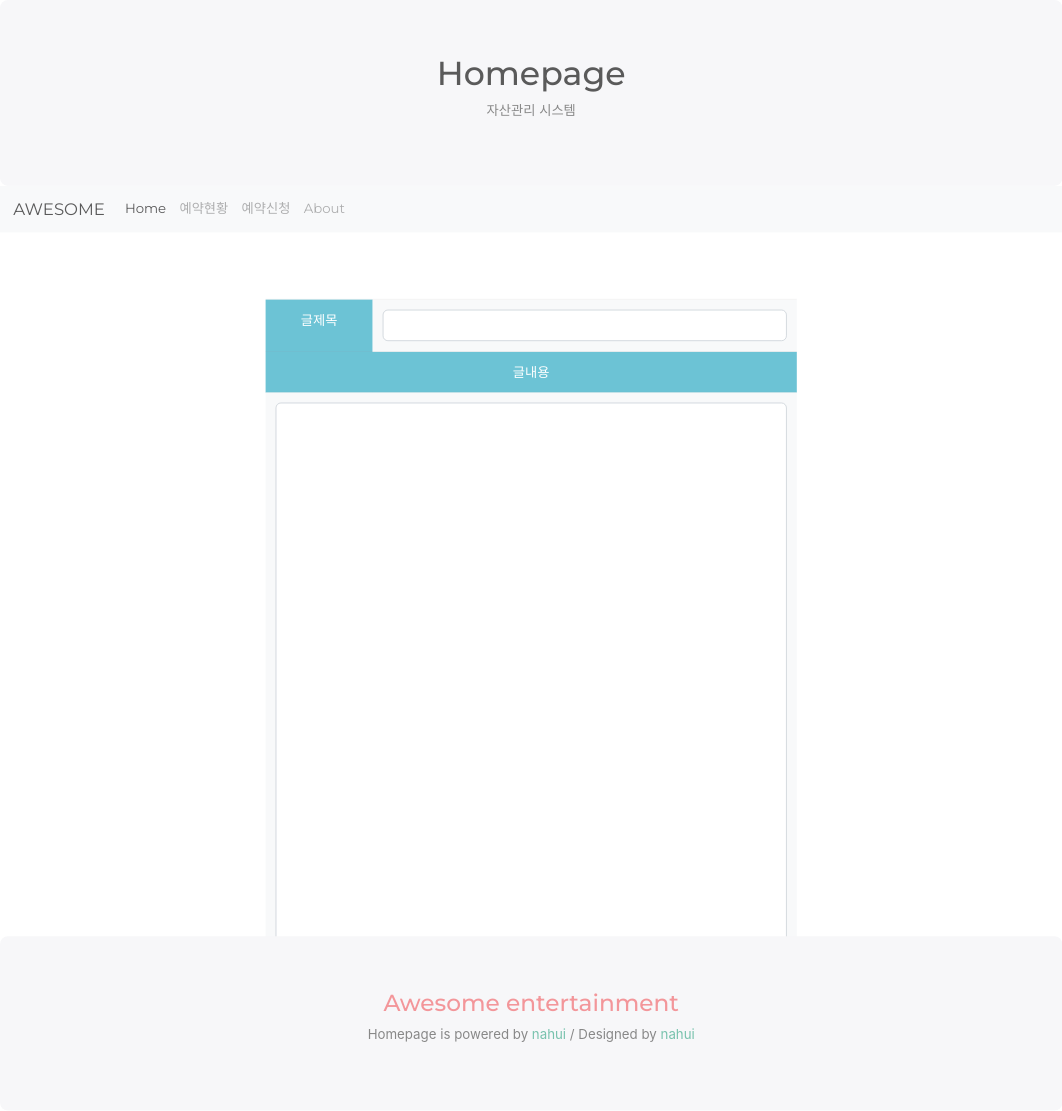
Repository: Nahui068/project1
Page: http://localhost/project1/WEB-INF/views/board_form.jsp
An editor plug-in stored every save of this project. The page is shown before and after the next save, followed by the edit.
The browser window is 1280 px wide. The pictures show the whole page, at 83% of full size.
The page is served by Tomcat 9. Nobody is signed in. The template is opened directly, without the code that normally fills it, so the values that code supplies are empty.

Above is the page before, as saved 2021-01-07 02:05:17.

After the next save:
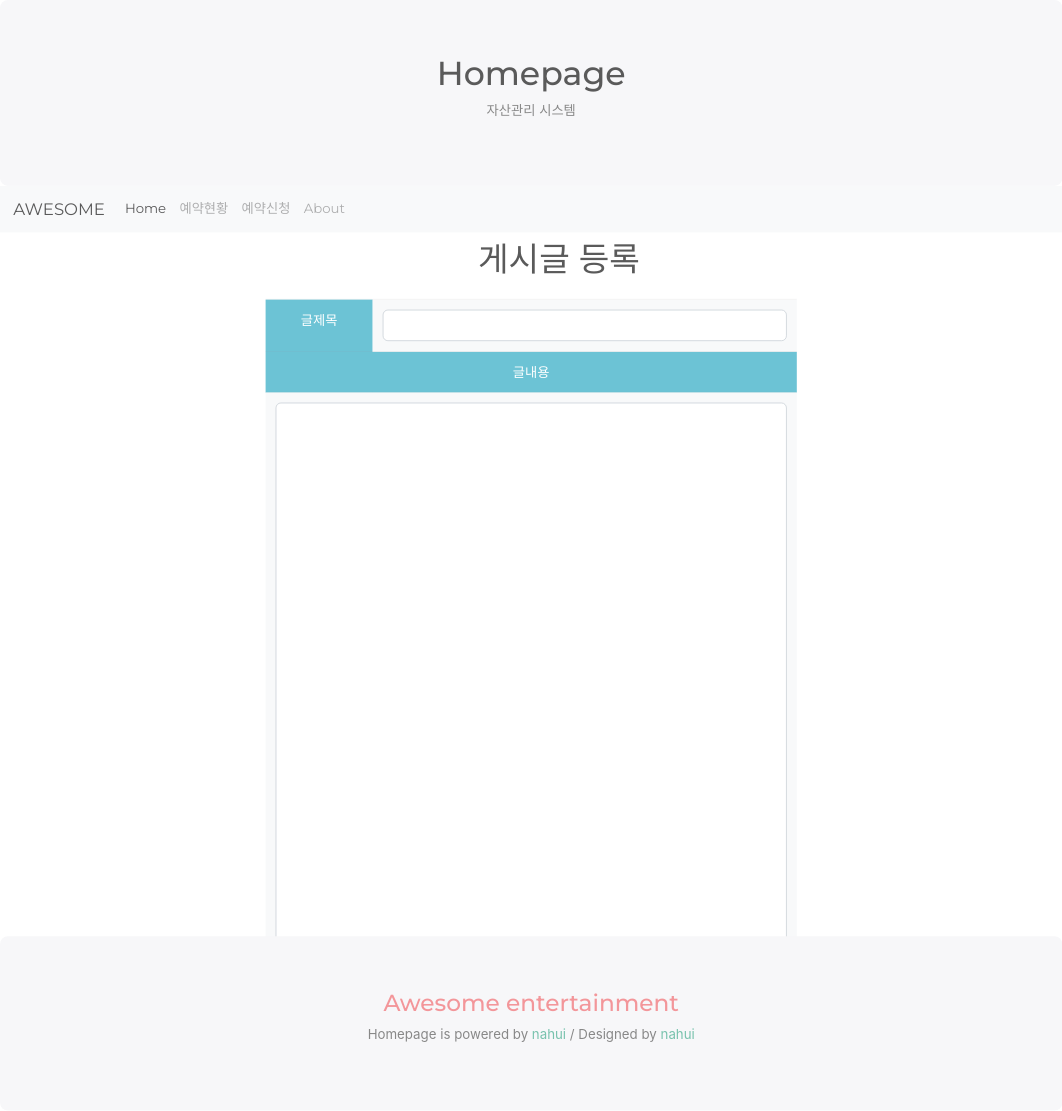
Saved 14 s later.
--- a/project1/src/main/webapp/WEB-INF/views/board_form.jsp
+++ b/project1/src/main/webapp/WEB-INF/views/board_form.jsp
@@ -9,7 +9,7 @@
 <title>글등록</title>
 </head>
 <body>
-<h1 style="position:absolute; top:50%; left:45%;"> 게시글 등록</h1>
+<h1 style="position:absolute; top:40%; left:45%;"> 게시글 등록</h1>
 
 <form method="post" action="/project1/board_insert">
 <table class="table table-hover" style="position:absolute; top:50%; left:25%; width:50%;">
